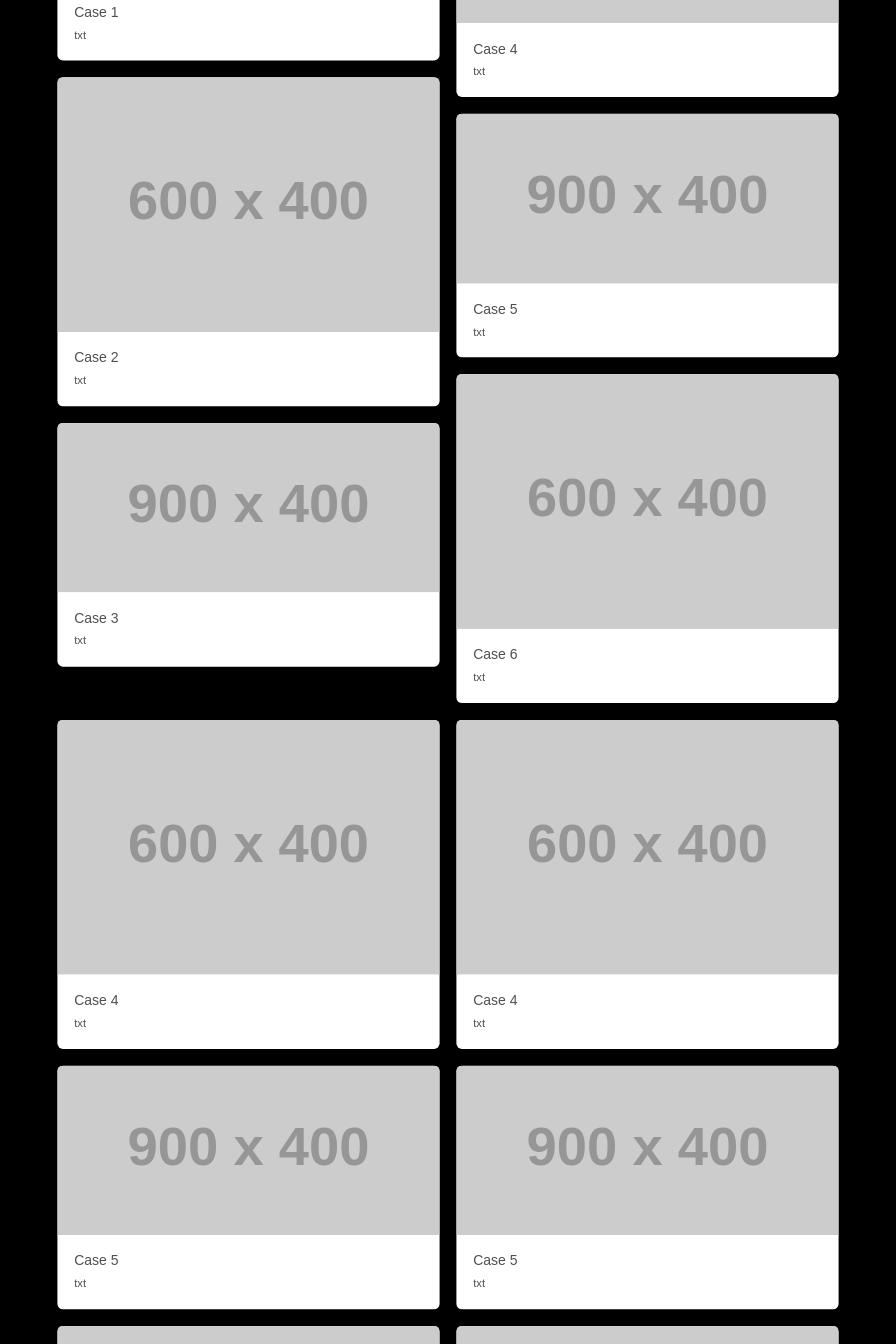
Repository: Upstairs-Agencia/studio-conceito-react
Page: /cases
The author's editor kept a copy of each file at every save. The page is drawn from the files as they stood at one save, then again after the next save.
The browser window is 1280 px wide. The pictures show the part of the page from y = 598 to 2518 px (the page is 3275 px tall before and 3413 px after), at 70% of full size.
The project was rebuilt for these pictures with package versions that can differ from the ones it lists, and the page was loaded fresh each time. Also part of the build but not shown: src/pages/Home.js, src/pages/QuemSomos.js, src/pages/Servicos.js, src/pages/Blog.js, src/pages/Clientes.js, src/pages/Contato.js.

Above is the page before, as saved 2024-12-29 11:14:51.

After the next save:
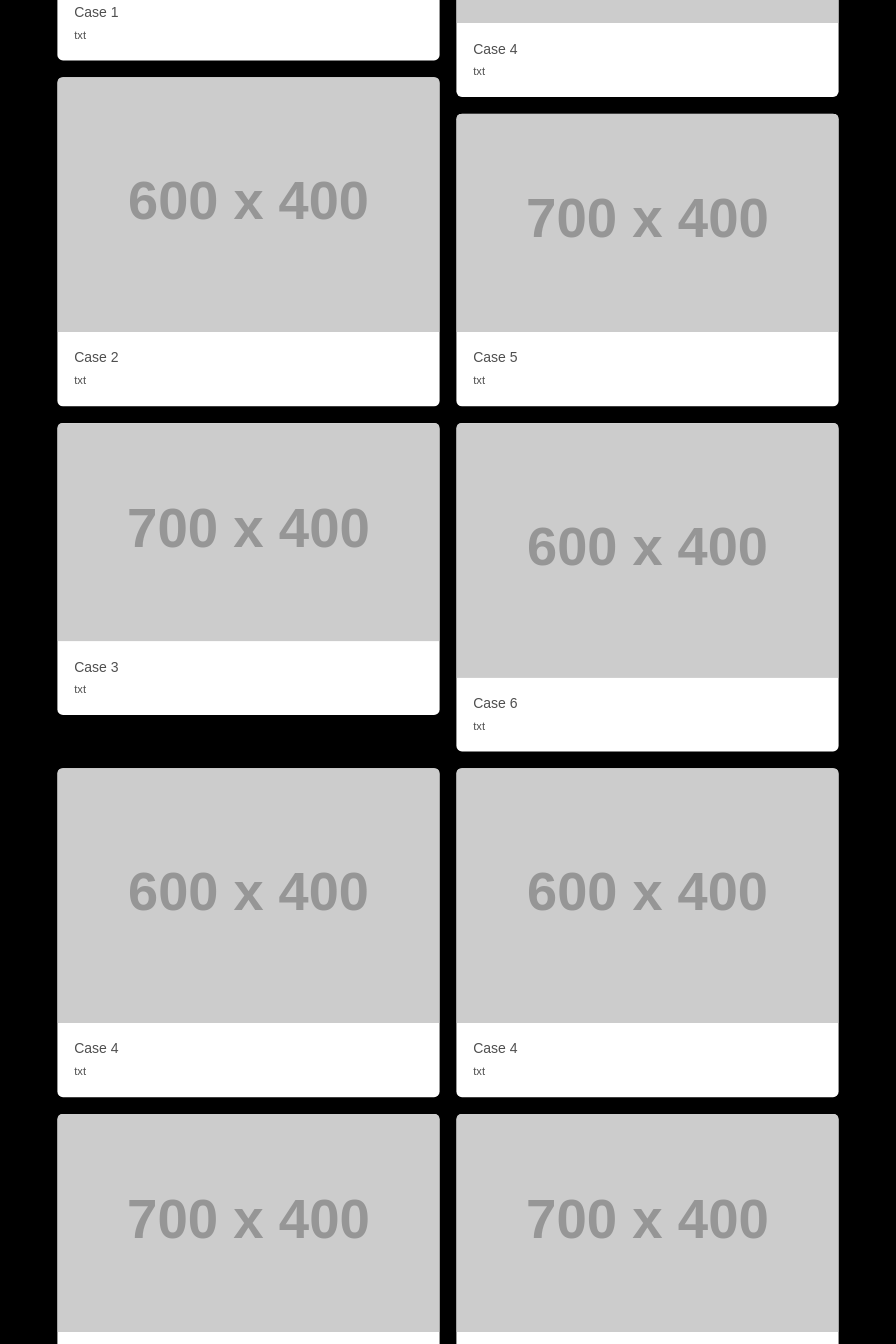
Saved 81 s later.
--- a/src/pages/Cases.js
+++ b/src/pages/Cases.js
@@ -19,7 +19,7 @@ const caseStudies = [
   {
     title: "Case 3",
     description: "txt",
-    image: "https://via.placeholder.com/900x400",
+    image: "https://via.placeholder.com/700x400",
   },
   {
     title: "Case 4",
@@ -29,7 +29,7 @@ const caseStudies = [
   {
     title: "Case 5",
     description: "txt",
-    image: "https://via.placeholder.com/900x400",
+    image: "https://via.placeholder.com/700x400",
   },
   {
     title: "Case 6",
